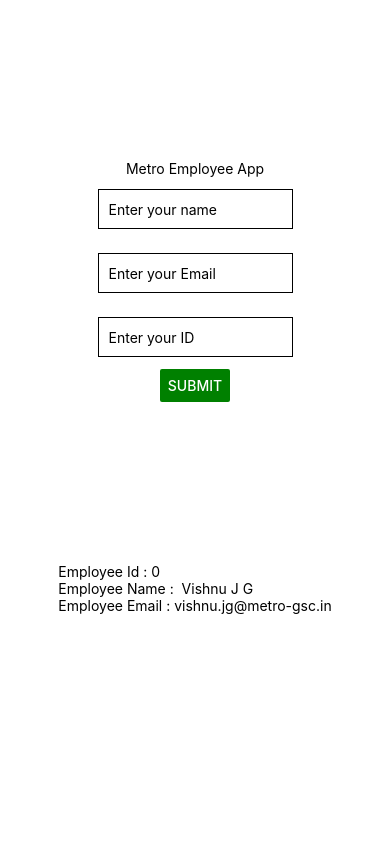
Repository: VishnuJG/Metro-Employee-App
Screen: /
An editor plug-in stored every save of this project. The screen is shown before and after the next save, followed by the edit.
The app was drawn by React Native's web renderer in a window 390 px wide. The project was rebuilt for these pictures with package versions that can differ from the ones it lists, and the page was loaded fresh each time. Some packages were replaced by stand-ins written for this rebuild.

Above is the screen before, as saved 2022-06-28 14:35:57.

### App.js
import { StatusBar } from 'expo-status-bar';
import React, { useState } from "react";
import { StyleSheet, Text, View, TextInput, Button, Alert} from 'react-native';
import { useDimensions } from '@react-native-community/hooks';
import Task from './components/Task';
import { DataTable } from 'react-native-paper';


export default function App() {

  // const {landscape}=useDimensions();
  const [emp, onEmpUpdate] = useState([{ id: 0, name: " Vishnu J G", email:"vishnu.jg@metro-gsc.in" }]);
  const [name, onChangeName] = useState("");
  const [email, onChangeEmail] = useState("");
  const [id, onChangeid] = useState(null);
  const onSubmit=(e)=>{
    e.preventDefault();
    if(!name){
      Alert.alert('Invalid Name', 'Invalid Name field',[{text: 'Okay', onPress:()=>{console.log("Okay Pressed")}},{text: 'No', onPress:()=>{console.log("No Pressed")}}])
    }
    if(!email){
      Alert.alert('Invalid Email', 'Invalid Email field',[{text: 'Okay', onPress:()=>{console.log("Okay Pressed")}},{text: 'No', onPress:()=>{console.log("No Pressed")}}])
    }
    if(!/\S+@\S+\.\S+/.test(email)){
      Alert.alert('Invalid Email', 'Invalid Email field',[{text: 'Okay', onPress:()=>{console.log("Okay Pressed")}},{text: 'No', onPress:()=>{console.log("No Pressed")}}])
    }
    if(!id){
      Alert.alert('Invalid Id', 'Invalid ID field',[{text: 'Okay', onPress:()=>{console.log("Okay Pressed")}},{text: 'No', onPress:()=>{console.log("No Pressed")}}])
    }
    console.log(name);
    console.log(email);
    console.log(id);
    const newEmp={id, name, email};
    onChangeName('');
    onChangeEmail('');
    onChangeid(null);
    onEmpUpdate([...emp, newEmp]);
  }
  return (
    <View style={styles.container} >
        <View style={styles.container}>
        <Text>Metro Employee App</Text>

        <TextInput
          style={styles.input}
          onChangeText={onChangeName}
          placeholder="Enter your name"
          value={name}
        />
        <TextInput
          style={styles.input}
          onChangeText={onChangeEmail}
          value={email}
          placeholder="Enter your Email"
          // keyboardType="numeric"
        />

        <TextInput
          style={styles.input}
          onChangeText={onChangeid}
          value={id}
          placeholder="Enter your ID"
          keyboardType="numeric"
        />
        <Button title="Submit"
          color="green"
          onPress={onSubmit}
          /></View>
        <View style={{flex:0.5, flexDirection: 'column'}}>
        {emp.map((newid)=>(<Task key={newid.id} ename={newid.name} eid={newid.id} eemail={newid.email}/>))}
        </View>
    </View>
  );
}

const styles = StyleSheet.create({
  container: {
    flex: 1,
    flexDirection: 'column',
    backgroundColor: '#fff',
    alignItems: 'center',
    justifyContent: 'center',
    fontSize: 20,
    // paddingTop:20,
    width:'100%',
  },
  input: {
    height: 40,
    margin: 12,
    borderWidth: 1,
    width:'50%',
    padding: 10,
  },

});

### components/Task.js
import { StatusBar } from 'expo-status-bar';
import React, { useState } from "react";
import { StyleSheet, Text, View, TextInput, Button, Alert} from 'react-native';
import { useDimensions } from '@react-native-community/hooks';


export default function Task(props) {
  console.log("Hello");
  return (
    <View style={styles.employee}>
      <Text>Employee Id : {props.eid}</Text>
      <Text>Employee Name : {props.ename}</Text>
      <Text>Employee Email : {props.eemail}</Text>

    </View>


  );
}

const styles = StyleSheet.create({
  employee:{
    width:'100%',
    flex:1,
    // flexDirection:'row',
    // justifyContent: 'flex-start',
  }
});

After the next save:
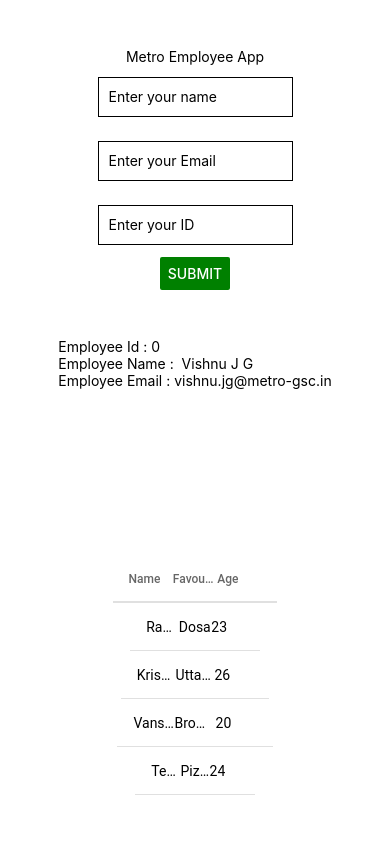
Saved 15 s later.
--- a/App.js
+++ b/App.js
@@ -69,6 +69,34 @@ export default function App() {
         <View style={{flex:0.5, flexDirection: 'column'}}>
         {emp.map((newid)=>(<Task key={newid.id} ename={newid.name} eid={newid.id} eemail={newid.email}/>))}
         </View>
+        <DataTable style={styles.container}>
+      <DataTable.Header style={styles.tableHeader}>
+        <DataTable.Title>Name</DataTable.Title>
+        <DataTable.Title>Favourite Food</DataTable.Title>
+        <DataTable.Title>Age</DataTable.Title>
+      </DataTable.Header>
+      <DataTable.Row>
+        <DataTable.Cell>Radhika</DataTable.Cell>
+        <DataTable.Cell>Dosa</DataTable.Cell>
+        <DataTable.Cell>23</DataTable.Cell>
+      </DataTable.Row>
+
+      <DataTable.Row>
+        <DataTable.Cell>Krishna</DataTable.Cell>
+        <DataTable.Cell>Uttapam</DataTable.Cell>
+        <DataTable.Cell>26</DataTable.Cell>
+      </DataTable.Row>
+      <DataTable.Row>
+        <DataTable.Cell>Vanshika</DataTable.Cell>
+        <DataTable.Cell>Brownie</DataTable.Cell>
+        <DataTable.Cell>20</DataTable.Cell>
+      </DataTable.Row>
+      <DataTable.Row>
+        <DataTable.Cell>Teena</DataTable.Cell>
+        <DataTable.Cell>Pizza</DataTable.Cell>
+        <DataTable.Cell>24</DataTable.Cell>
+      </DataTable.Row>
+    </DataTable>
     </View>
   );
 }
